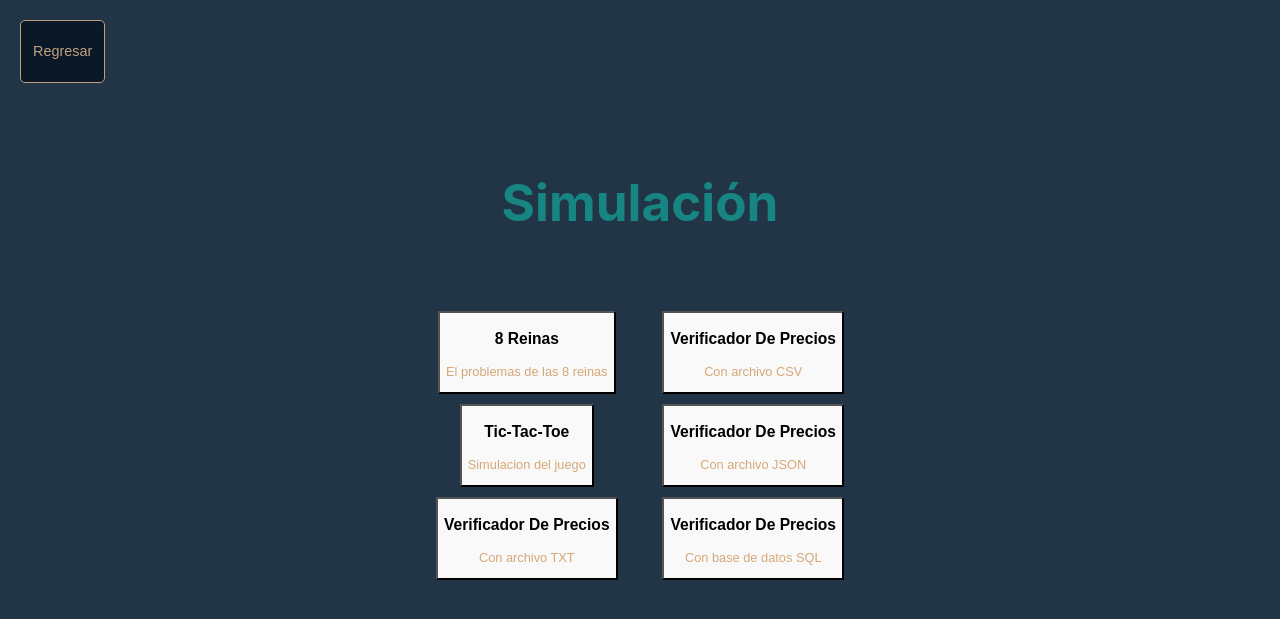
Repository: JoyMoGas/Simulacion
Page: / (app in home-page/)
An editor plug-in stored every save of this project. The page is shown before and after the next save, followed by the edit.
The browser window is 1280 px wide. The pictures show the whole page.
The project was rebuilt for these pictures with package versions that can differ from the ones it lists, and the page was loaded fresh each time. Also part of the build but not shown: home-page/vite.config.js.

Above is the page before, as saved 2025-04-29 21:19:46.

After the next save:
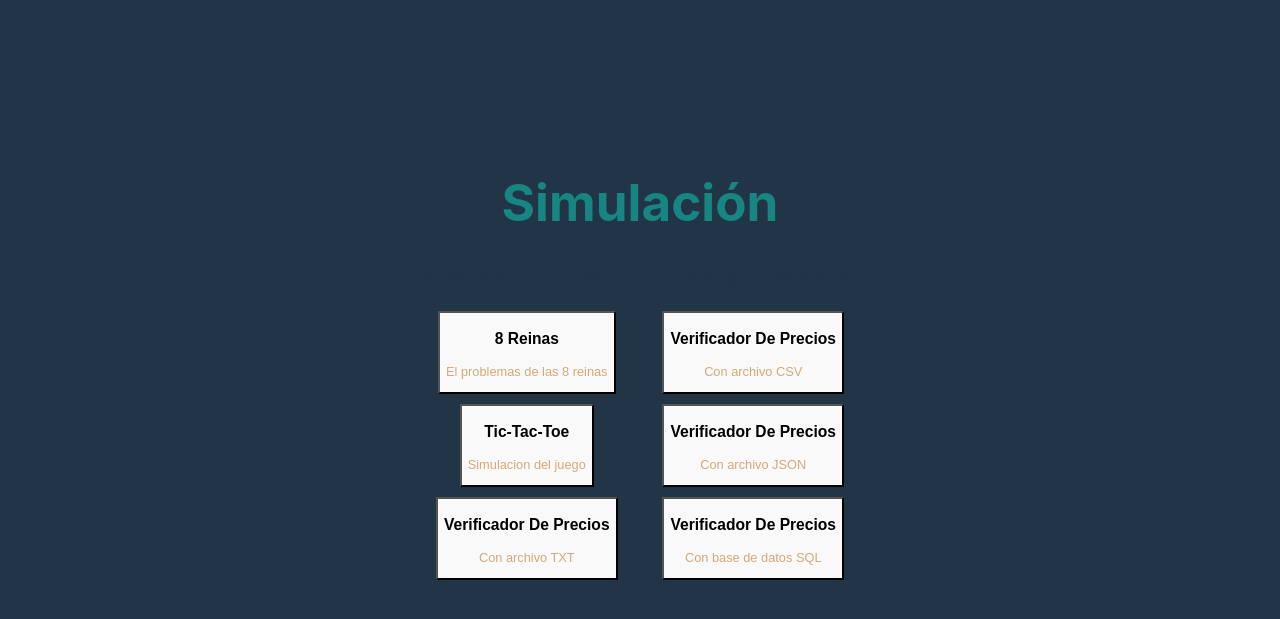
Saved 40 s later.
--- a/home-page/src/App.jsx
+++ b/home-page/src/App.jsx
@@ -17,13 +17,6 @@ function App() {
           <ProjectButton title="Verificador De Precios" url="https://precios-json.vercel.app" subtitle="Con archivo JSON" />
           <ProjectButton title="Verificador De Precios" url="https://precios-sql.vercel.app" subtitle="Con base de datos SQL" />
         </div>
-        <div className='floating-buttons-right'>
-          <a href='https://simulacion-home.vercel.app/' rel="noopener noreferrer">
-            <button className='btn-pj-right'>
-              <p>Regresar</p>
-            </button>
-          </a>
-        </div>
       </div>
     </>
   )
